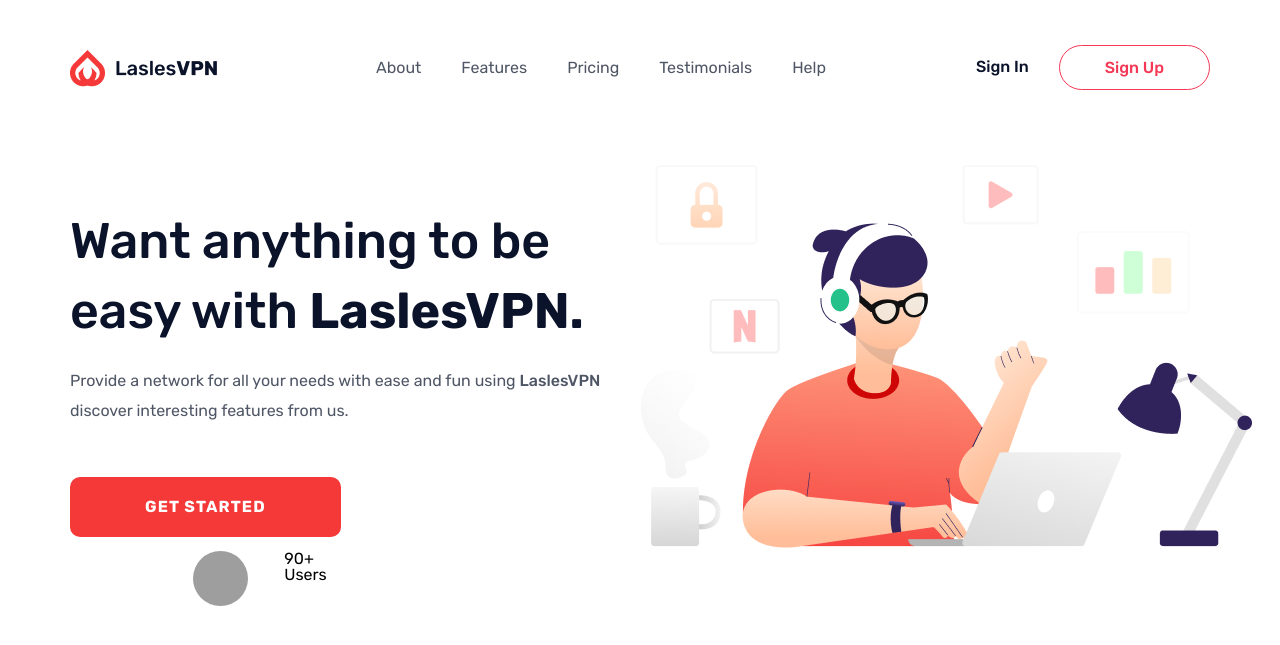
Repository: nafiesallahu/beetroot-fe-g1
Page: Homework10/index.html
An editor plug-in stored every save of this project. The page is shown before and after a run of saves, followed by the edit.
The browser window is 1280 px wide. The pictures show the whole page.
Pictures or frames that could not be fetched are drawn as grey boxes.

Above is the page before, as saved 2021-01-27 19:52:11.

After the next 2 saves:
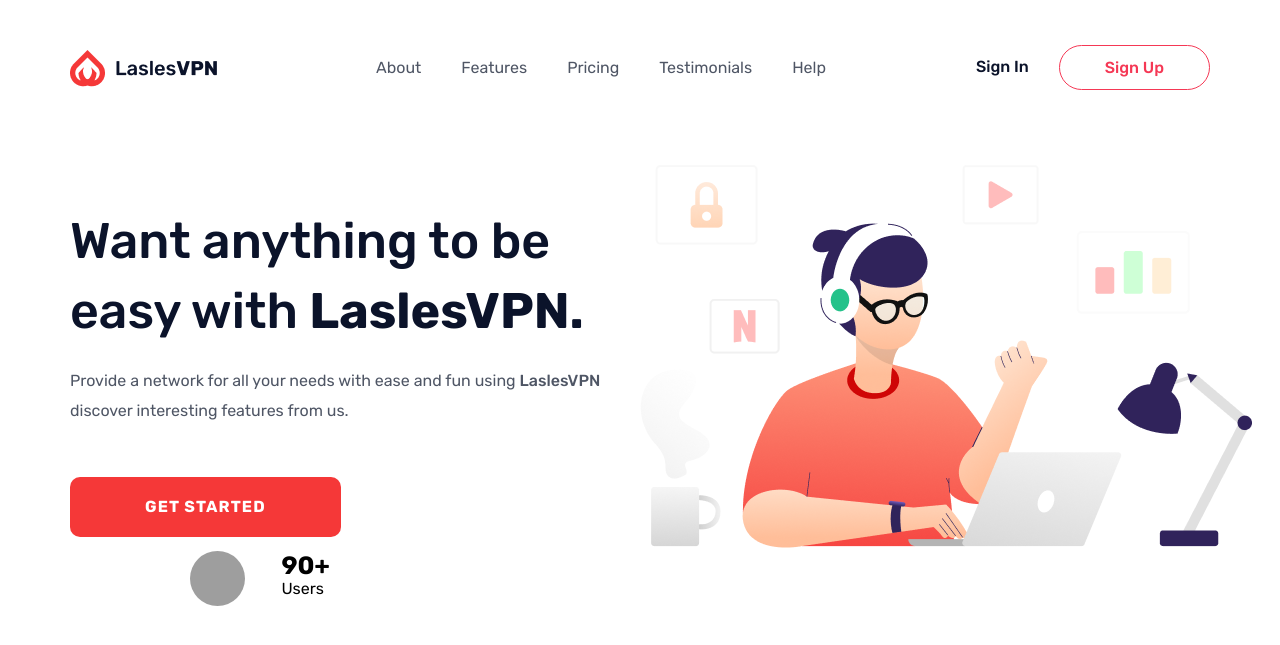
The 2 saves are shown as one change because they came seconds apart.
The last was saved 39 s later.
--- a/Homework10/styles/style.css
+++ b/Homework10/styles/style.css
@@ -191,3 +191,9 @@
   text-align: left;
   padding-left: 36px;
 }
+
+.stat-item__text h4{
+  font-weight: bold;
+  font-size: 25px;
+  line-height: 30px;
+}
